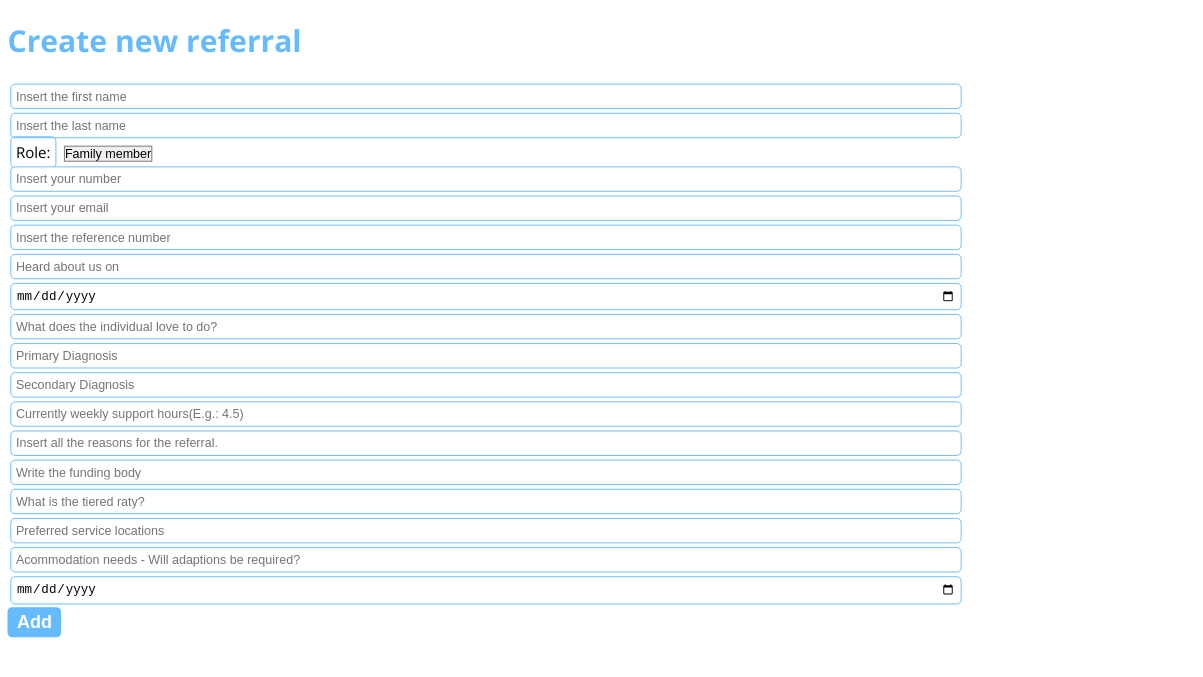
Repository: israelrodriguees/QAactivity
Page: http://localhost/referral/new_referral.jsp
These files come from the project's save history. The page is drawn as it stood at one moment and after the next save; the edit follows.
The browser window is 1280 px wide. The pictures show the whole page, at 94% of full size.
The page is served by Tomcat 9.

Above is the page before, as saved 2021-08-16 16:43:44.

After the next save:
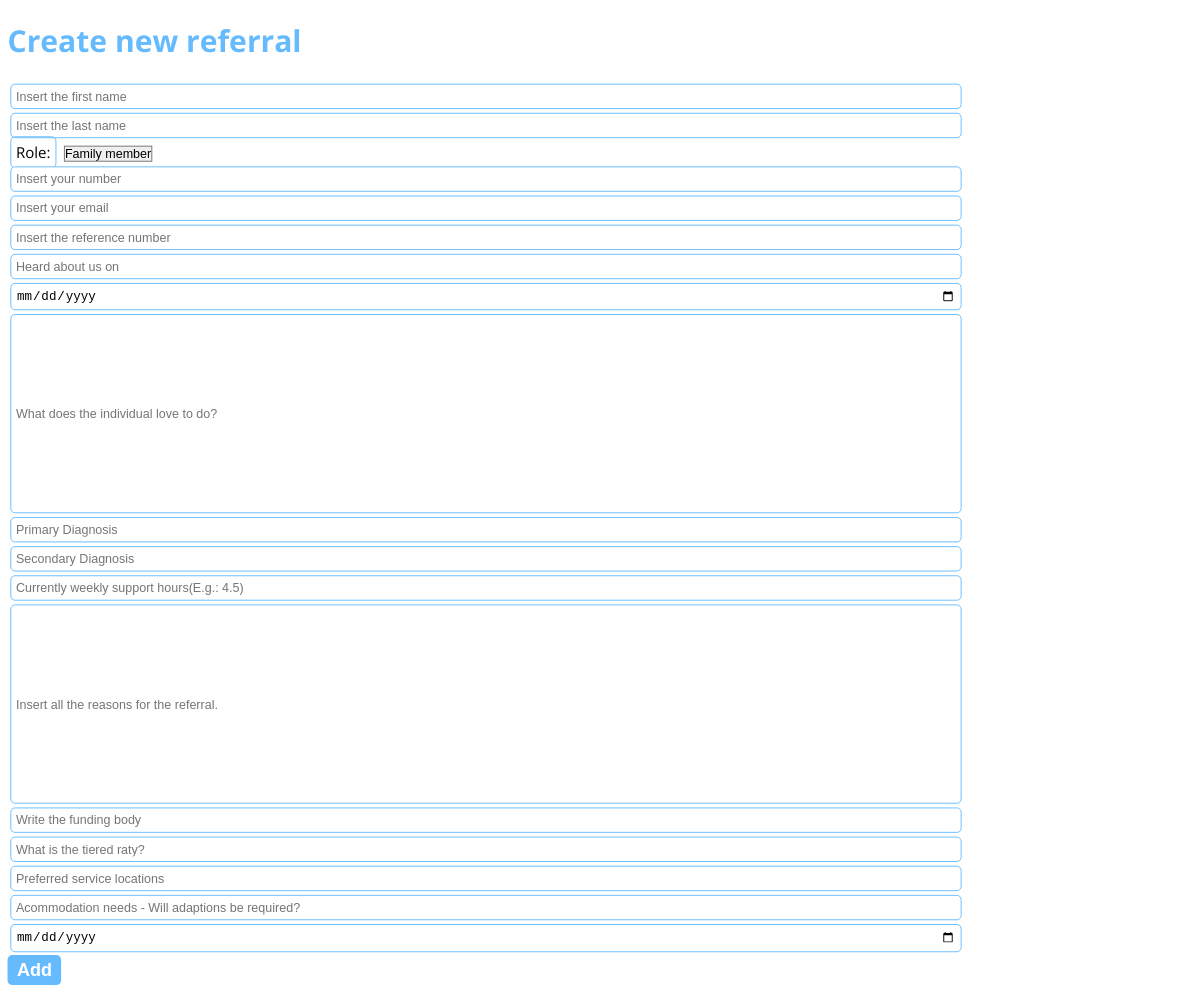
Saved 16 s later.
--- a/referral/src/main/webapp/new_referral.jsp
+++ b/referral/src/main/webapp/new_referral.jsp
@@ -55,7 +55,7 @@
 
 			<tr>
 				<td><input type="text" name="txt_todo"
-					placeholder="What does the individual love to do?" class="Box1"></td>
+					placeholder="What does the individual love to do?" class="Box2"></td>
 			</tr>
 
 			<tr>
@@ -76,7 +76,7 @@
 
 			<tr>
 				<td><input type="text" name="txt_reasonref"
-					placeholder="Insert all the reasons for the referral." class="Box1"></td>
+					placeholder="Insert all the reasons for the referral." class="Box2"></td>
 			</tr>
 
 			<tr>
